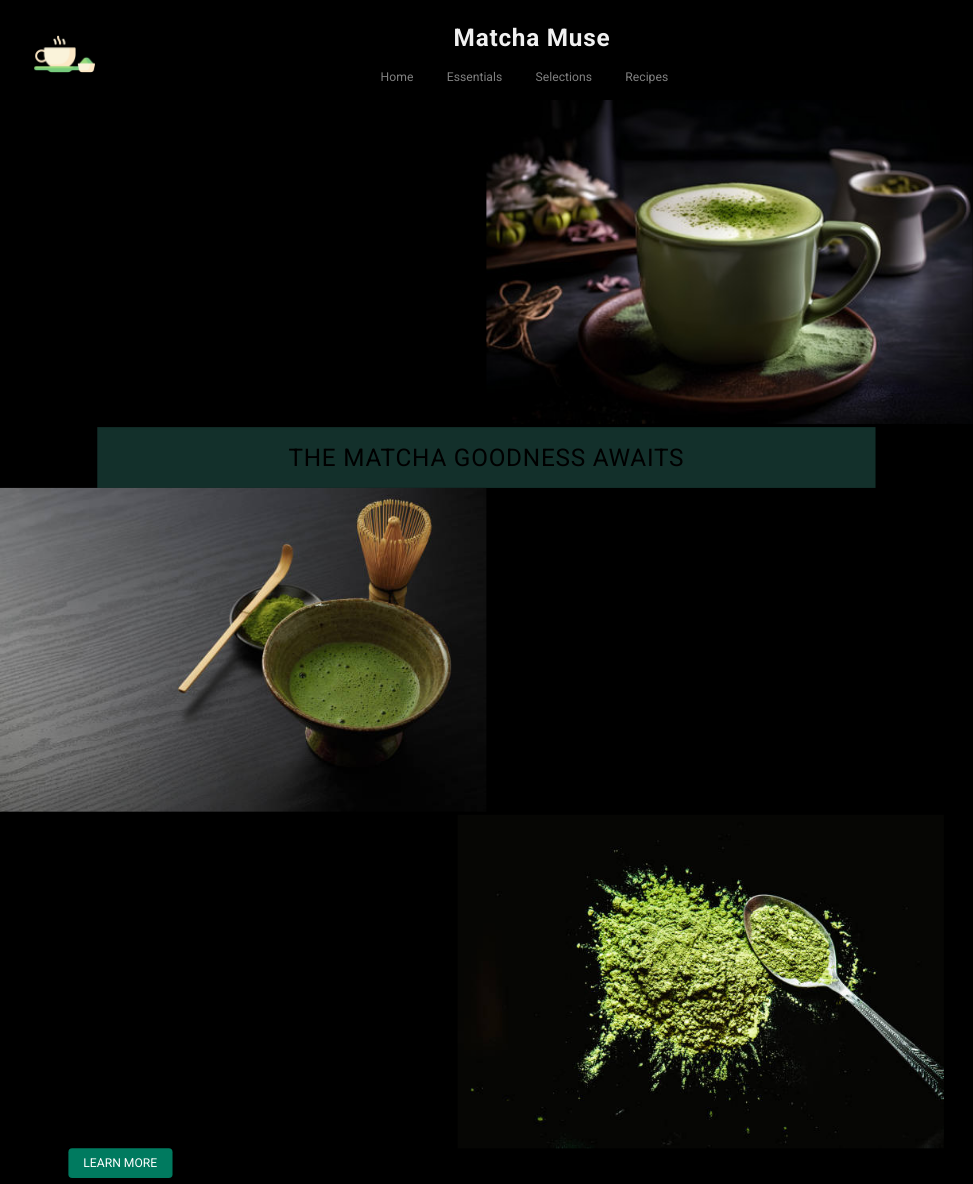
Repository: ericazz17/matchawebsite
Page: main.html
The author's editor kept a copy of each file at every save. The page is drawn from the files as they stood at one save, then again after a run of saves.
The browser window is 1280 px wide. The pictures show the whole page, at 76% of full size.

Above is the page before, as saved 2023-09-20 03:42:24.

After the next 3 saves:
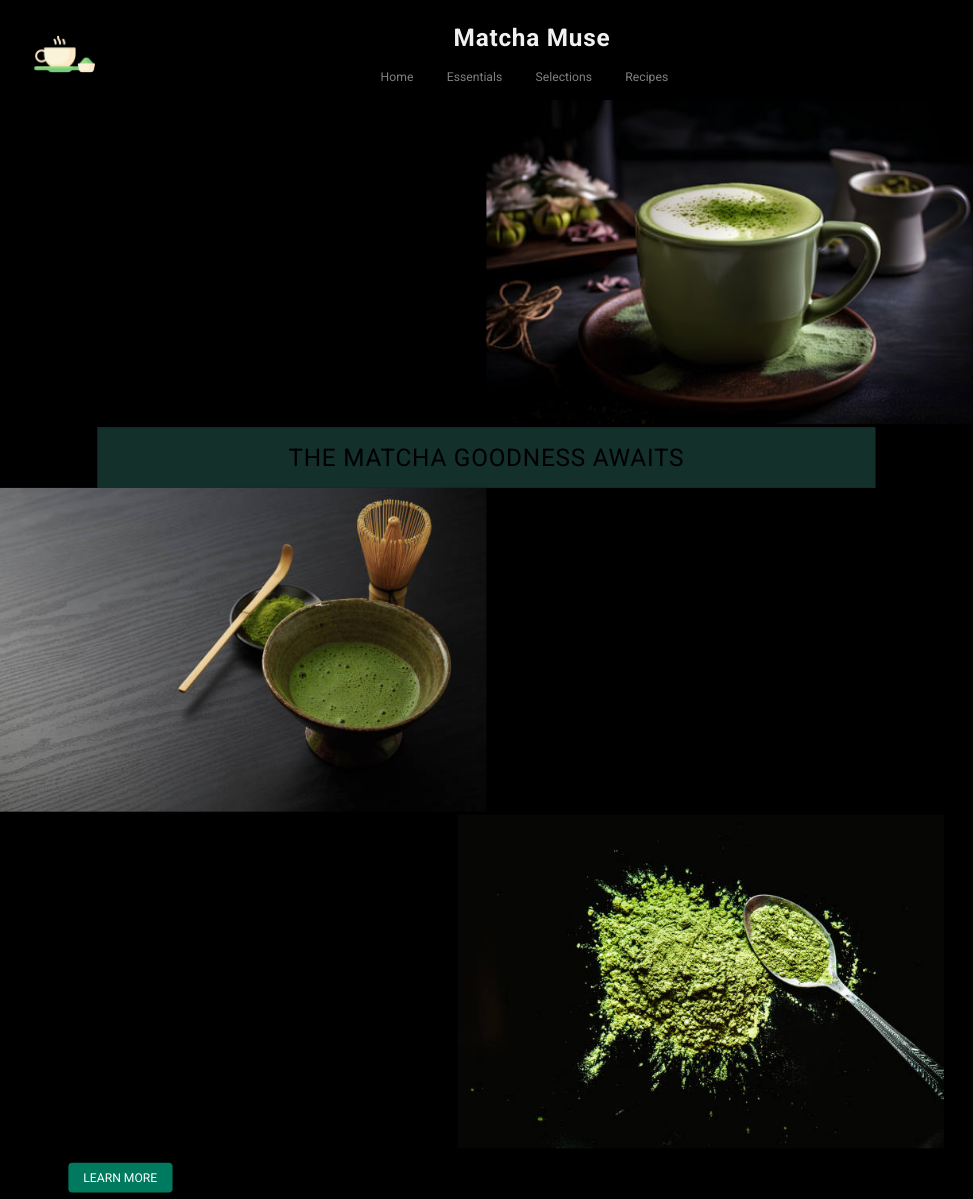
The 3 saves are shown as one change because they came seconds apart.
The last was saved 11 s later.
--- a/main.html
+++ b/main.html
@@ -77,6 +77,7 @@
                         <li>Metabolism Support</li>
                         <li>Heart Health</li>
                         <li>Strengthened Immune System</li>
+                        <li>Healthy Blood Sugar Levels</li>
                     </ul>
 
                     <div class="learn-more-container">
